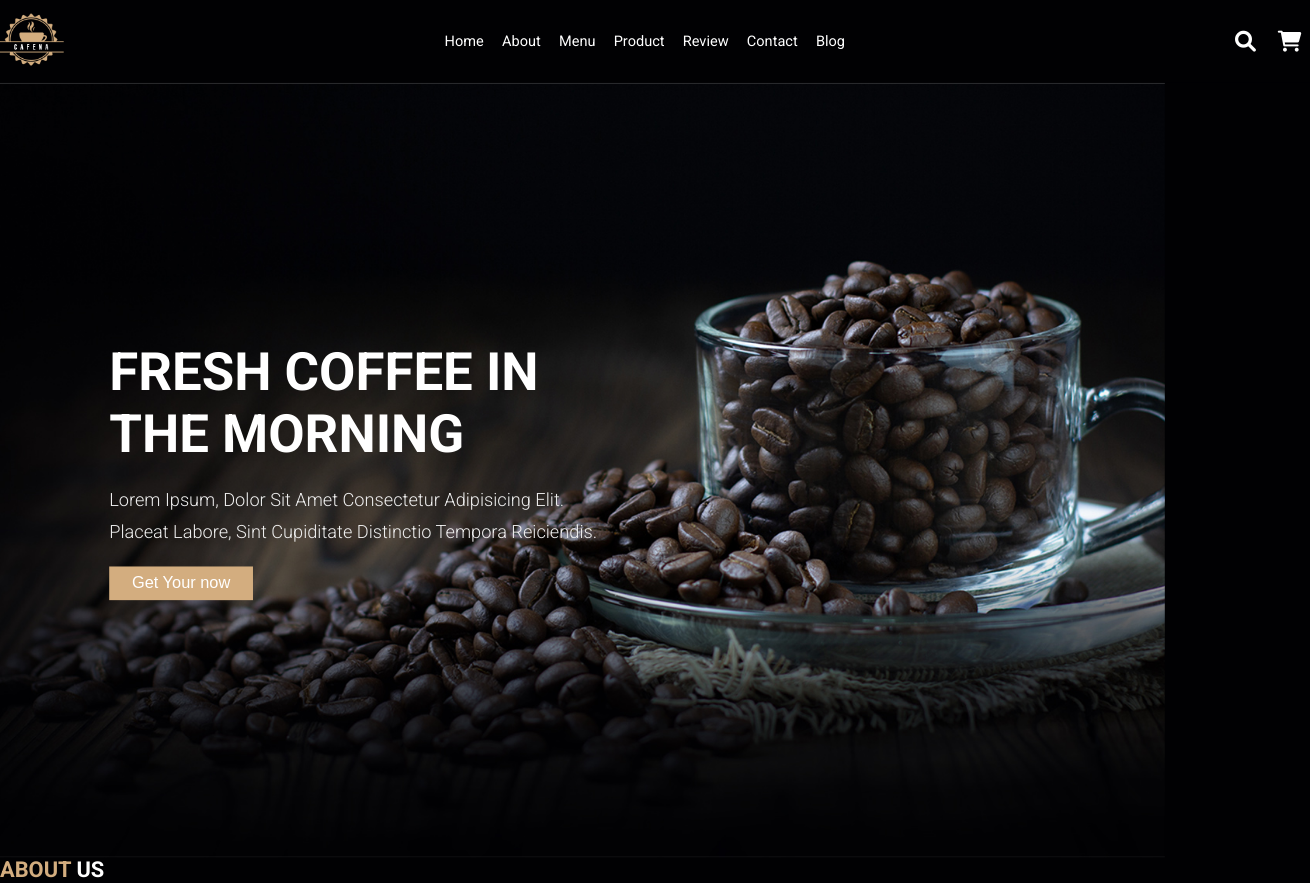
Repository: Dinhthai303/DinhThai
Page: index.html
An editor plug-in stored every save of this project. The page is shown before and after the next save, followed by the edit.
The browser window is 1280 px wide. The page is 1440 px wide, so the pictures cover 1440 px, including what lies to the right of the window. The pictures show the whole page, at 91% of full size.

Above is the page before, as saved 2021-11-28 00:15:40.

After the next save:
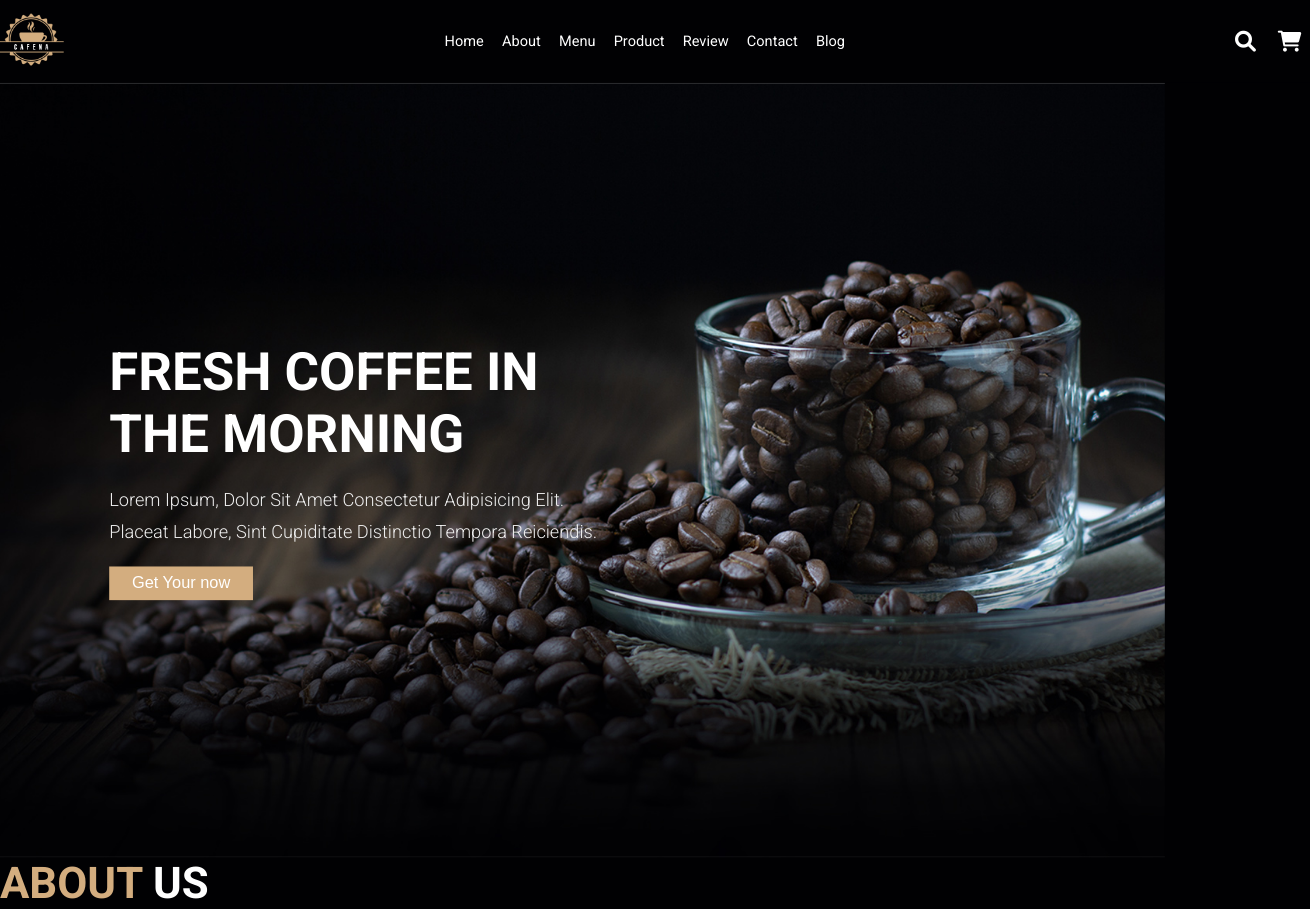
Saved 13 s later.
--- a/css/style.css
+++ b/css/style.css
@@ -101,6 +101,7 @@ body{
 .heading{
     color: #D3AD7F;
     text-transform: uppercase;
+    font-size: 48px;
 }
 .heading span{
     color: white;
